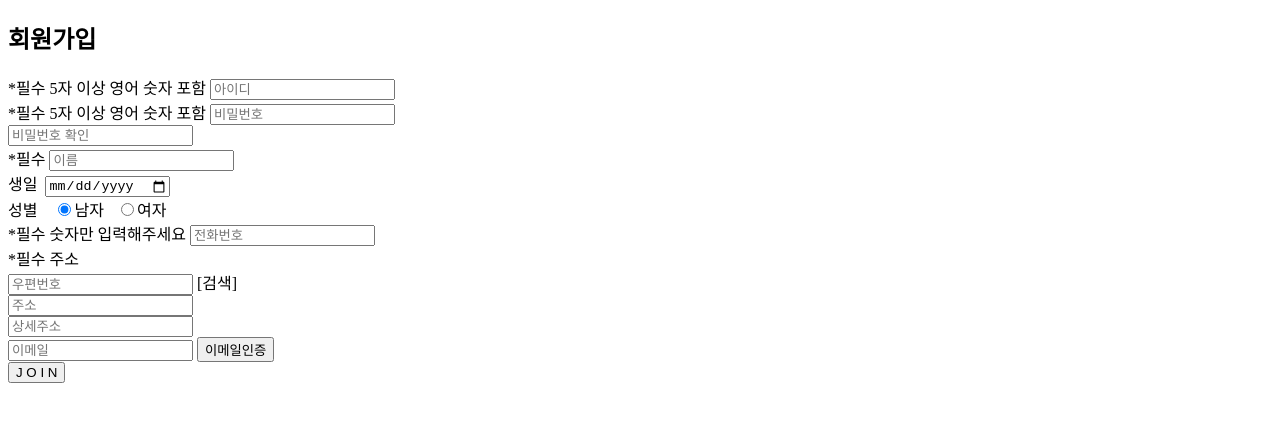
Repository: chmyj2/Team2_Final-project
Page: http://localhost/FinalProject/WEB-INF/views/2Team/t2login/t2_join.jsp
The author's editor kept a copy of each file at every save. The page is drawn from the files as they stood at one save, then again after the next save.
The browser window is 1280 px wide. The pictures show the whole page.
The page is served by Tomcat 9. Nobody is signed in. The template is opened directly, without the code that normally fills it, so the values that code supplies are empty.

Above is the page before, as saved 2022-09-02 07:32:10.

After the next save:
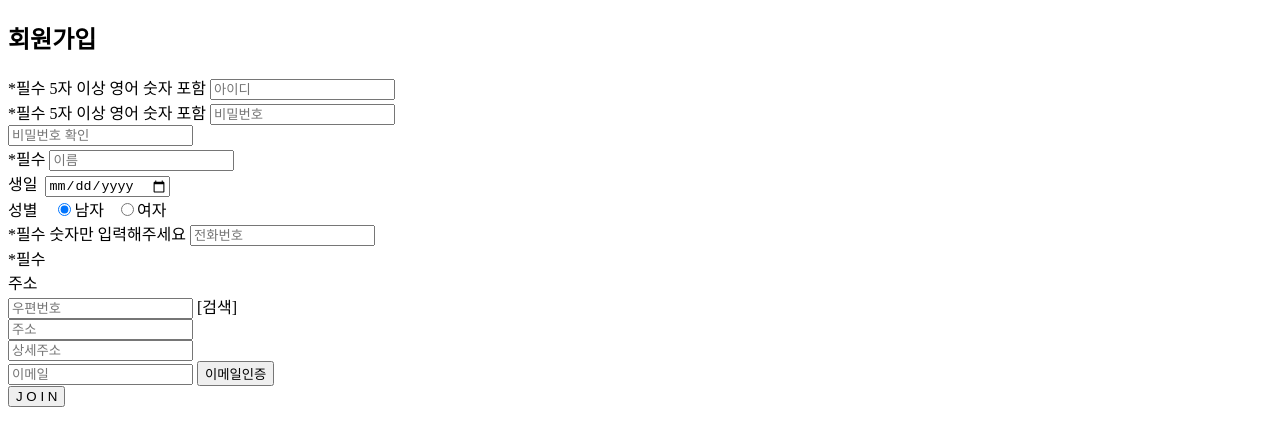
Saved 5 s later.
--- a/FinalProject/src/main/webapp/WEB-INF/views/2Team/t2login/t2_join.jsp
+++ b/FinalProject/src/main/webapp/WEB-INF/views/2Team/t2login/t2_join.jsp
@@ -50,7 +50,7 @@
       </div>
 
       <div class="join-textForm addr">
-      <span class="jointxt">*필수</span>
+      <span class="jointxt">*필수</span><br>
        주소<br>
         <input id="join_addr3Input" readonly="readonly" name="m_addr3" maxlength="5" autocomplete="off" placeholder="우편번호">
 		<span id="addrSearchBtn">[검색]</span><br>
